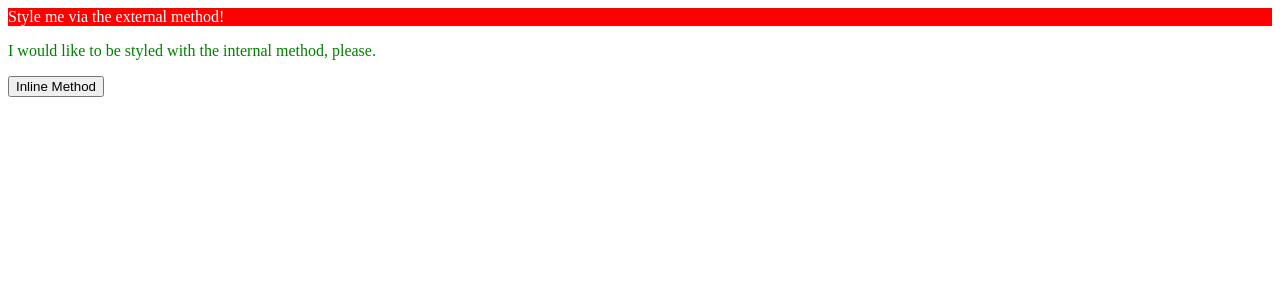
Repository: mnhardy1504/odin-recipes1
Page: repos/css-exercises/foundations/01-css-methods/index.html
These files come from the project's save history. The page is drawn as it stood at one moment and after the next save; the edit follows.
The browser window is 1280 px wide. The pictures show the whole page.

Above is the page before, as saved 2023-08-22 17:43:52.

### repos/css-exercises/foundations/01-css-methods/index.html
<!DOCTYPE html>
<html lang="en">
  <head>
    <meta charset="UTF-8">
    <meta http-equiv="X-UA-Compatible" content="IE=edge">
    <meta name="viewport" content="width=device-width, initial-scale=1.0">
    <title>Methods for Adding CSS</title>
    <link rel="stylesheet" href="external1.css" />
  </head>
  <body>
    <div>Style me via the external method!</div>
    <p>I would like to be styled with the internal method, please.</p>
    <button>Inline Method</button>
  </body>
</html>

### repos/css-exercises/foundations/01-css-methods/external1.css
div {
    color: white;
    background-color: red;
  }

  p {
    color: green;
  }

After the next save:
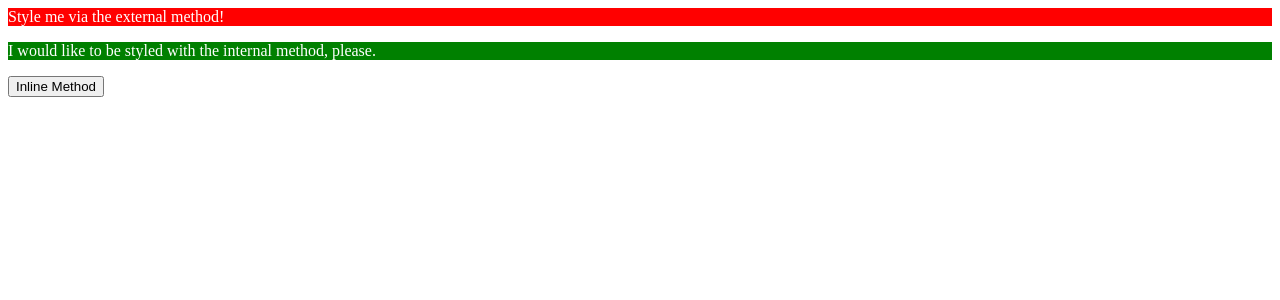
Saved 38 s later.
--- a/repos/css-exercises/foundations/01-css-methods/external1.css
+++ b/repos/css-exercises/foundations/01-css-methods/external1.css
@@ -4,5 +4,6 @@ div {
   }
 
   p {
-    color: green;
+    color: white;
+    background-color: green;
   }
